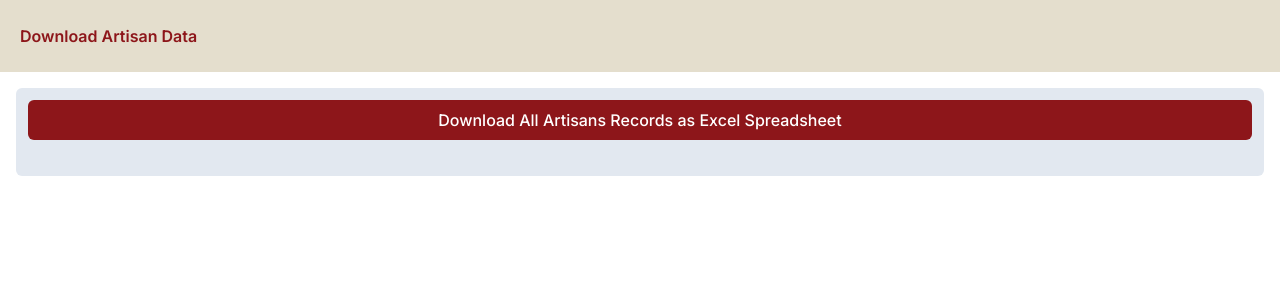
Repository: marcusdashe/artisanindex_frontend
Page: /components/DownloadDataScreen
These files come from the project's save history. The page is drawn as it stood at one moment and after the next save; the edit follows.
The browser window is 1280 px wide. The pictures show the whole page.
The project was rebuilt for these pictures with package versions that can differ from the ones it lists, and the page was loaded fresh each time. The framework's server and built-in components were replaced by stand-ins that run in the browser. Also part of the build but not shown: next.config.js.

Above is the page before, as saved 2023-03-13 14:46:54.

### pages/_app.js
import "@/styles/globals.css";
import "core-js/stable";
import "regenerator-runtime/runtime";

export default function App({ Component, pageProps }) {
  return <Component {...pageProps} />;
}

### pages/_document.js
import { Html, Head, Main, NextScript } from "next/document";

export default function Document() {
  return (
    <Html lang="en">
      <Head>
        <link rel="preconnect" href="https://fonts.googleapis.com" />
        <link
          rel="preconnect"
          href="https://fonts.gstatic.com"
          crossOrigin="true"
        />
        <link
          href="https://fonts.googleapis.com/css2?family=Inter:wght@100;200;300;400;500;600&display=swap"
          rel="stylesheet"
        />
      </Head>
      <body>
        <Main />
        <NextScript />
      </body>
    </Html>
  );
}

### pages/components/DownloadDataScreen.js
import React from "react";
import axios from "axios";
import FileSaver from "file-saver";

function DownloadDataScreen() {
  const fetchData = async () => {
    const response = await axios.get(
      `${process.env.NEXT_PUBLIC_BACKEND_BASE_URL}api/artisan/table/export`,
      { responseType: "blob" }
    );
    const file = new Blob([response.data], {
      type: "application/vnd.ms-excel",
    });
    FileSaver.saveAs(file, "artisans.xlsx"); // save file using FileSaver
  };

  const handleClick = () => {
    fetchData();
  };

  return (
    <div className="w-full h-[100vh]">
      <div className="w-full h-[10vh] bg-[#e4decd] font-bold flex items-center content-center justify-start text-[#8D161A] p-5">
        <h1>Download Artisan Data</h1>
      </div>
      <div className="w-full h-[90vh] p-4">
        <div className="w-full rounded-md p-3 bg-slate-200 flex flex-col">
          <button
            onClick={handleClick}
            type="submit"
            className="bg-[#8D161A] text-white rounded-md py-2 px-4 font-medium hover:hover:bg-[#4a3e3e] duration-500 focus:outline-none focus:ring-2 focus:ring-blue-500"
          >
            Download All Artisans Records as Excel Spreadsheet
          </button>
          <div className="w-full p-3"></div>
        </div>
      </div>
    </div>
  );
}

export default DownloadDataScreen;

### styles/globals.css
@tailwind base;
@tailwind components;
@tailwind utilities;

@layer base {
  html {
    font-family: "Inter", sans-serif;
  }
}

### tailwind.config.js
/** @type {import('tailwindcss').Config} */

module.exports = {
  content: [
    "./pages/**/*.{js,ts,jsx,tsx}",
    "./components/**/*.{js,ts,jsx,tsx}",
  ],
  theme: {
    extend: {},
  },
  plugins: [],
};

After the next save:
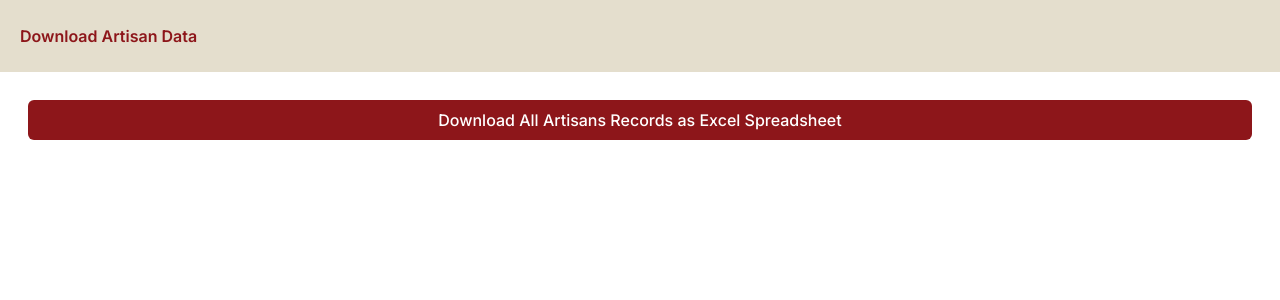
Saved 59 s later.
--- a/pages/components/DownloadDataScreen.js
+++ b/pages/components/DownloadDataScreen.js
@@ -24,7 +24,7 @@ function DownloadDataScreen() {
         <h1>Download Artisan Data</h1>
       </div>
       <div className="w-full h-[90vh] p-4">
-        <div className="w-full rounded-md p-3 bg-slate-200 flex flex-col">
+        <div className="w-full rounded-md p-3 flex flex-col">
           <button
             onClick={handleClick}
             type="submit"
